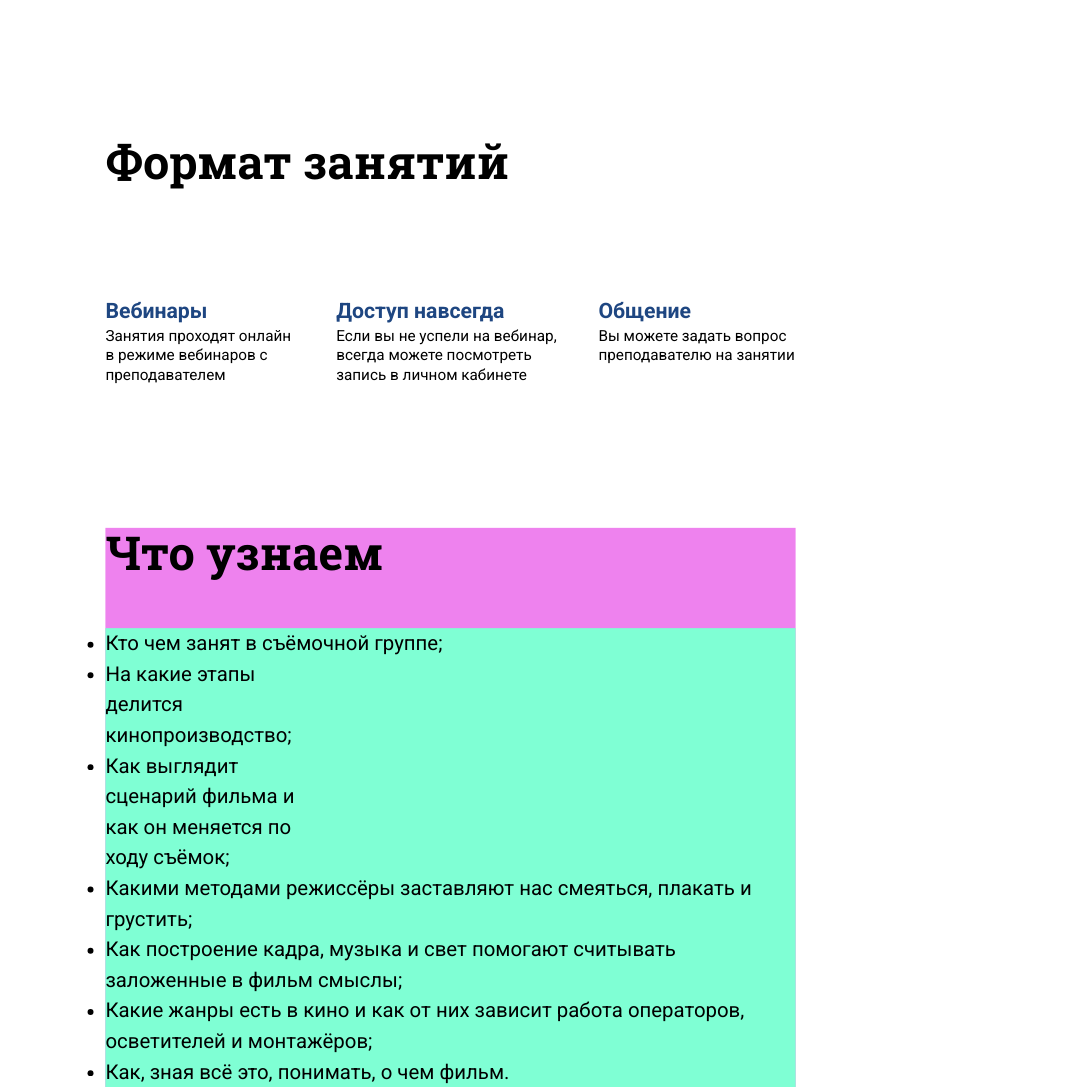
Repository: PoladEziz/Task2
Page: index.html
These files come from the project's save history. The page is drawn as it stood at one moment and after the next save; the edit follows.
The browser window is 1280 px wide. The pictures show the whole page, at 85% of full size.

Above is the page before, as saved 2023-05-04 17:44:26.

### index.html
<!DOCTYPE html>
<html lang="en">

<head>
    <meta charset="UTF-8">
    <meta http-equiv="X-UA-Compatible" content="IE=edge">
    <meta name="viewport" content="width=device-width, initial-scale=1.0">
    <title>Document</title>
    <link rel="stylesheet" href="index.css">
</head>

<body>
    <div class="main">
        <div class="page-1">
            <h1>Формат занятий</h1>
            <div class="top_child">

                <ul>
                    <li>
                        <h2>Вебинары</h2>
                        <p>Занятия проходят онлайн
                            в режиме вебинаров
                            с преподавателем</p>
                    </li>

                    <li>
                        <h2>Доступ навсегда</h2>
                        <p>Если вы не успели на вебинар, всегда можете посмотреть запись в личном кабинете</p>
                    </li>

                    <li>
                        <h2>Общение</h2>
                        <p>Вы можете задать вопрос
                            преподавателю на занятии</p>
                    </li>


                </ul>
            </div>

        </div>
        <div class="page-2">
            <h1>Что узнаем</h1>
            <ul>
                <li>Кто чем занят в съёмочной группе; </li>
                <li>На какие этапы делится кинопроизводство; </li>
                <li>Как выглядит сценарий фильма и как он меняется по ходу съёмок; </li>
                <li>Какими методами режиссёры заставляют нас смеяться, плакать и грустить; </li>
                <li>Как построение кадра, музыка и свет помогают считывать заложенные в фильм смыслы; </li>
                <li>Какие жанры есть в кино и как от них зависит работа операторов, осветителей и монтажёров; </li>
                <li>Как, зная всё это, понимать, о чем фильм.</li>
            </ul>




        </div>


    </div>
</body>

</html>

### index.css
@import url("https://fonts.googleapis.com/css2?family=Roboto+Slab:wght@700&family=Roboto:wght@700&display=swap");
@import url("https://fonts.googleapis.com/css2?family=Roboto&family=Roboto+Slab:wght@700&display=swap");

* {
  margin: 0;
  padding: 0;
}

.main {
  /* width: 100%; */
  display: flex;
  flex-direction: column;
  padding-left: 124px;
  padding-top: 162px;
  padding-right: 344px;
}

.page-1 h1 {
  margin-bottom: 133px;
  font-family: "Roboto Slab";
  font-style: normal;
  font-weight: 700;
  font-size: 55px;
  line-height: 55px;
}
.page-1 ul {
  width: 100%;
  display: flex;
  justify-content: space-between;
}
.page-1 ul li {
  list-style-type: none;
}
.page-1 li:nth-child(1) {
  width: 223px;
}
li:nth-child(2) {
  width: 260px;
}
li:nth-child(3) {
  width: 232px;
}
.page-1 ul li h2 {
  font-family: "Roboto";
  font-style: normal;
  font-weight: 700;
  font-size: 25px;
  line-height: 130%;
  color: #1e4681;
}

.page-1 ul li p {
  font-family: "Roboto";
  font-style: normal;
  font-weight: 400;
  font-size: 18px;
  line-height: 130%;
}

.page-2 {
  display: flex;
  flex-direction: row;
  width: 100%;
}

.page-1 h1 {
  width: 100%;
}

.page-2 {
    margin-top: 168px;
    background-color: violet;
  width: 100%;
  display: flex;
  flex-direction: column;
}

.page-2 h1 {
    margin-bottom: 62px;
  font-family: Roboto Slab;
  font-size: 55px;
  font-weight: 700;
  line-height: 56px;
  text-align: left;
}
.page-2 ul{
    background-color: aquamarine;
}

.page-2 ul li {
  font-family: Roboto;
  font-size: 24px;
  font-weight: 400;
  line-height: 36px;
  text-align: left;
}

After the next save:
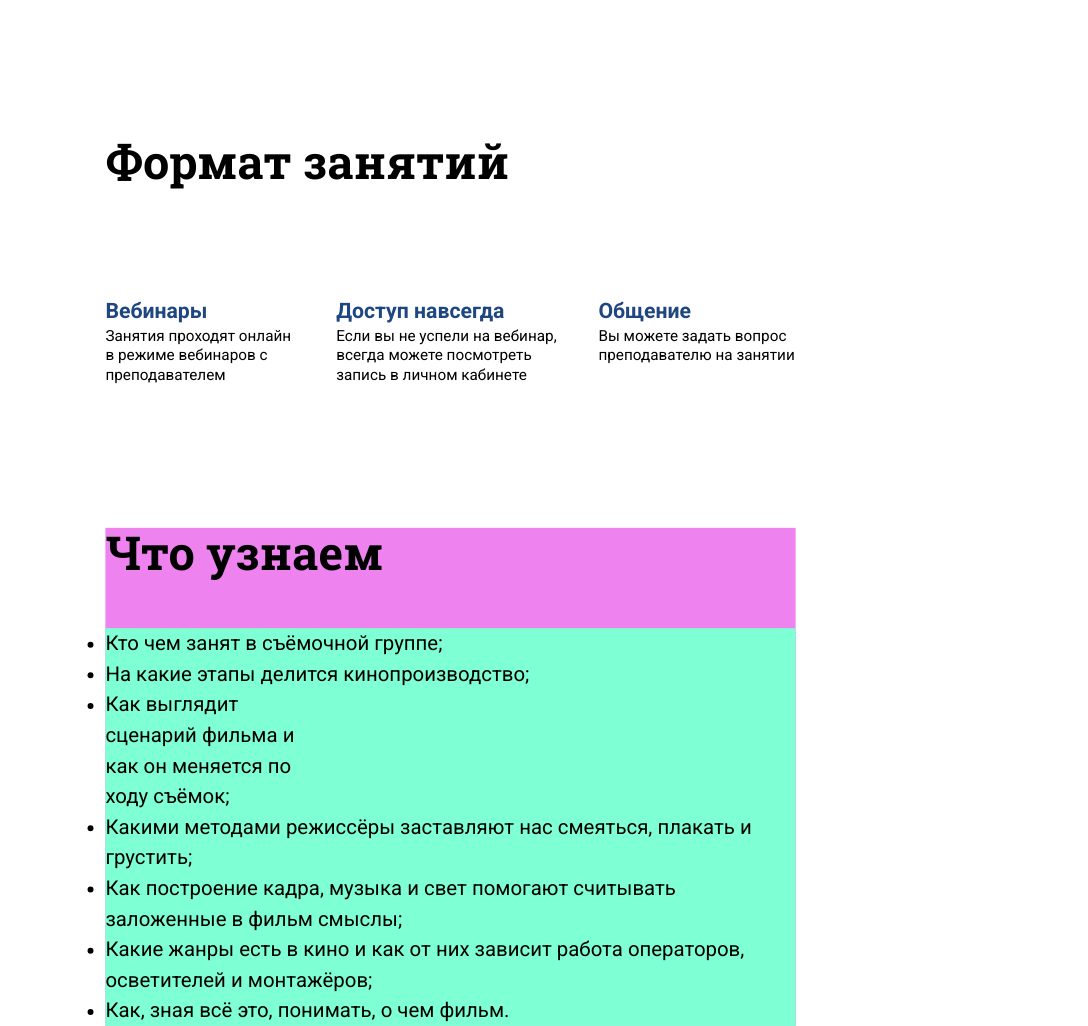
Saved 7 s later.
--- a/index.css
+++ b/index.css
@@ -34,7 +34,7 @@
 .page-1 li:nth-child(1) {
   width: 223px;
 }
-li:nth-child(2) {
+.page-1 li:nth-child(2) {
   width: 260px;
 }
 li:nth-child(3) {
